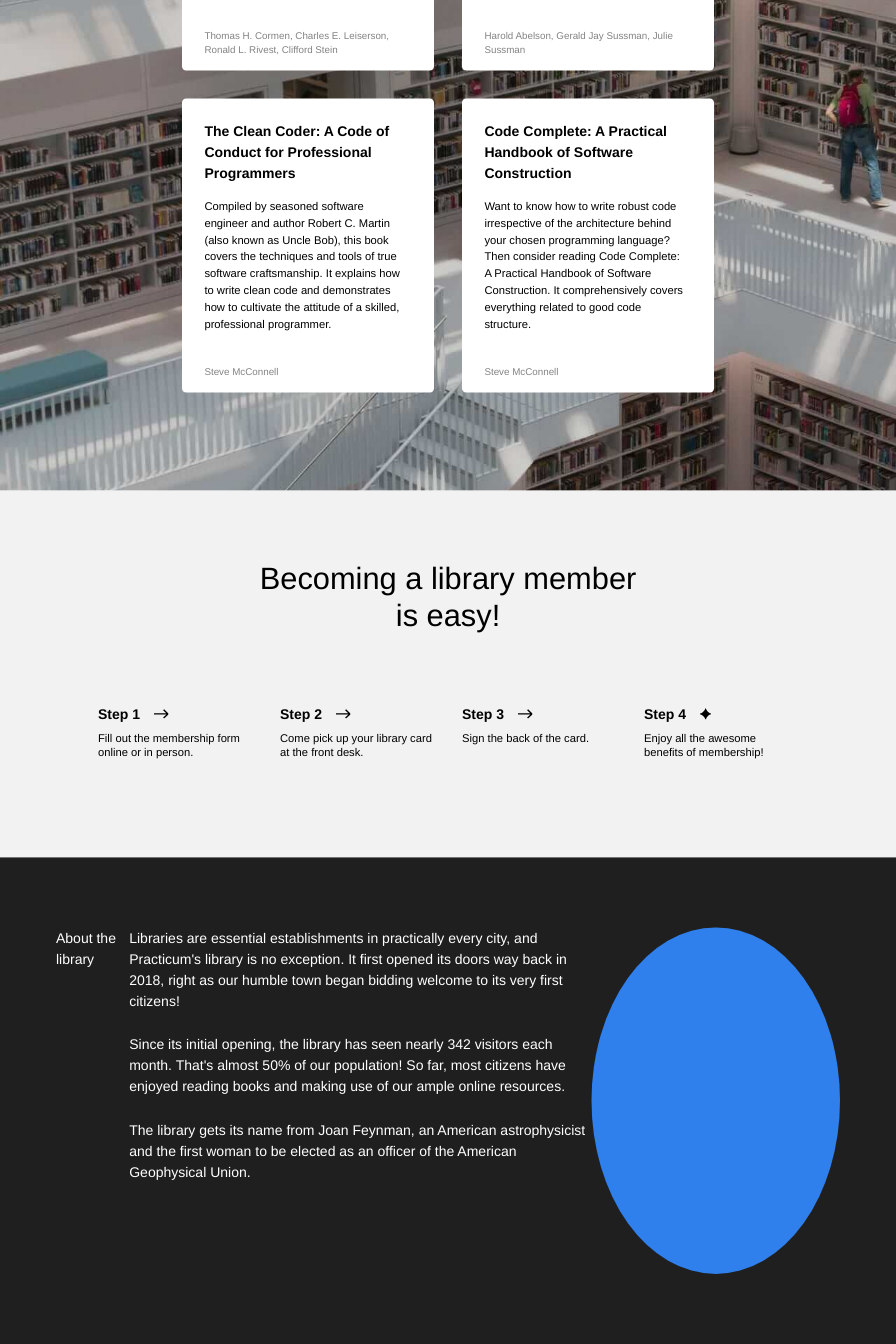
Repository: MWilliams-26/se_project_library
Page: index.html
The author's editor kept a copy of each file at every save. The page is drawn from the files as they stood at one save, then again after the next save.
The browser window is 1280 px wide. The pictures show the part of the page from y = 2137 to 4057 px (the page is 4057 px tall), at 70% of full size.

Above is the page before, as saved 2023-04-04 00:21:04.

After the next save:
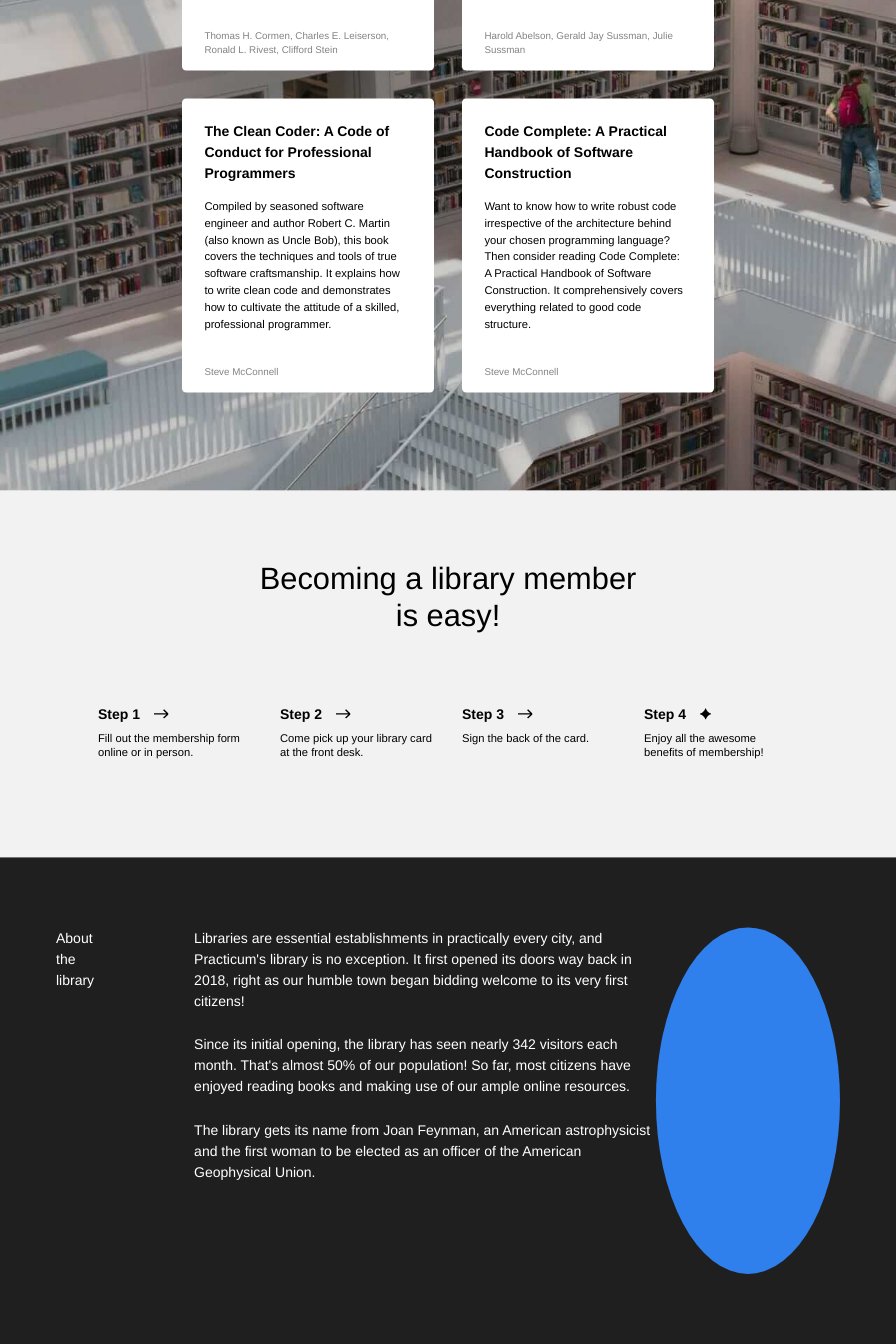
Saved 2 min 14 s later.
--- a/styles/style.css
+++ b/styles/style.css
@@ -373,6 +373,7 @@
   max-width: 660px;
   display: flex;
   flex-direction: column;
+  padding-left: 120px;
 }
 
 .about__paragraph {
